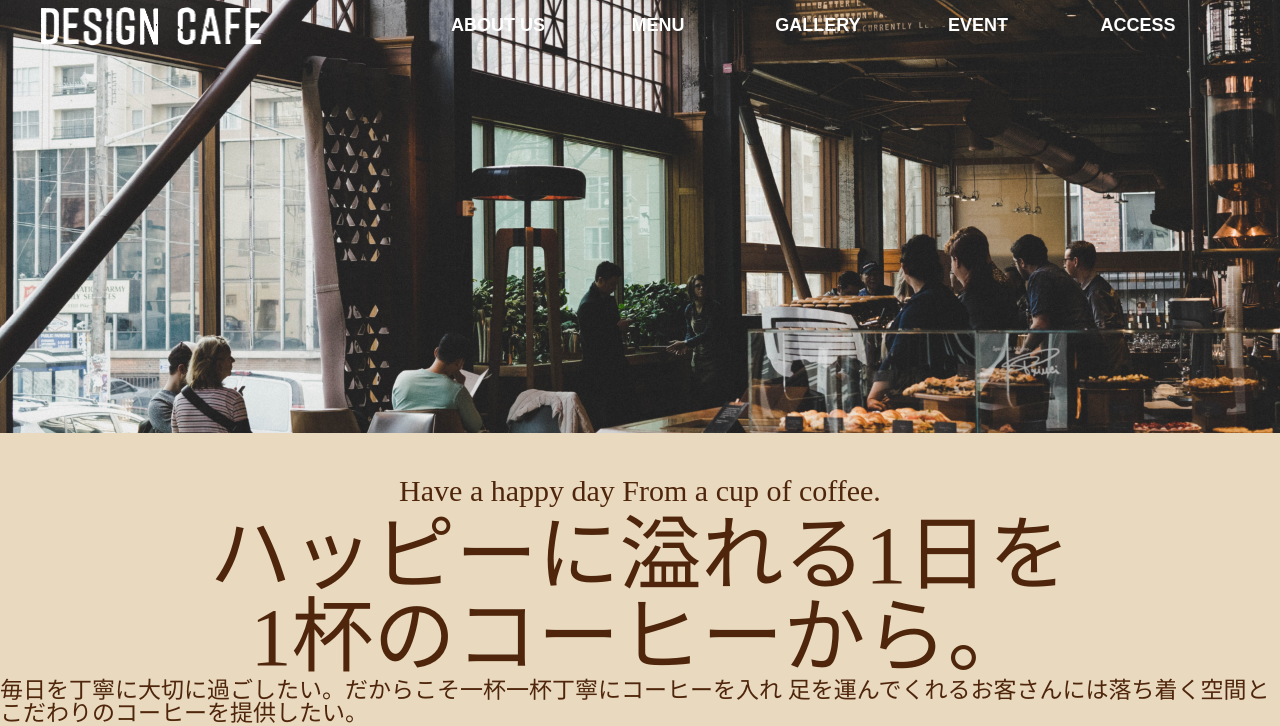
Repository: sonoyama01/dezasuta
Page: 第4回課題/index.html
These files come from the project's save history. The page is drawn as it stood at one moment and after the next save; the edit follows.
The browser window is 1280 px wide. The pictures show the whole page.

Above is the page before, as saved 2024-05-02 01:51:41.

After the next save:
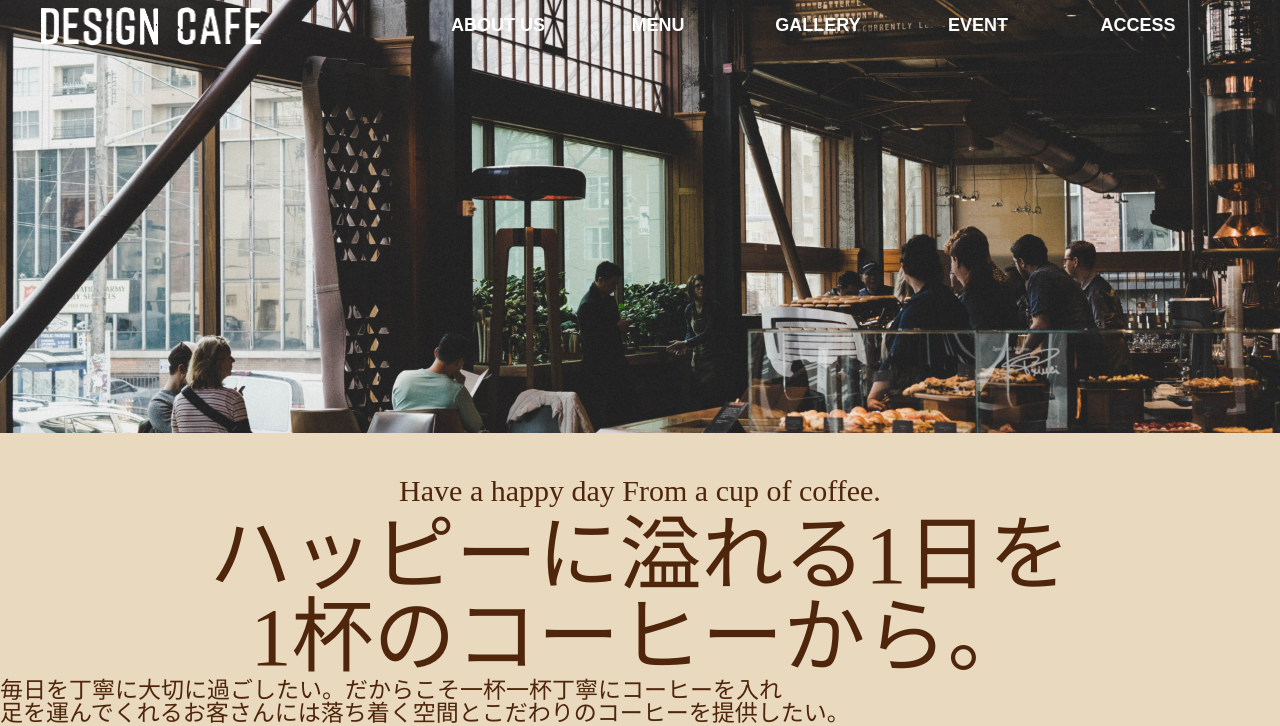
Saved 30 s later.
--- a/第4回課題/index.html
+++ b/第4回課題/index.html
@@ -34,7 +34,7 @@
         <p class="catch_copy_ja"><span class="en">Have a happy day From a cup of coffee.</span><br>
             ハッピーに溢れる1日を<br>
             1杯のコーヒーから。</p><!-- /.catch_copy -->
-        <p>毎日を丁寧に大切に過ごしたい。だからこそ一杯一杯丁寧にコーヒーを入れ
+        <p>毎日を丁寧に大切に過ごしたい。だからこそ一杯一杯丁寧にコーヒーを入れ<br>
             足を運んでくれるお客さんには落ち着く空間とこだわりのコーヒーを提供したい。</p>
     </div><!-- /.catch_copy -->
 
